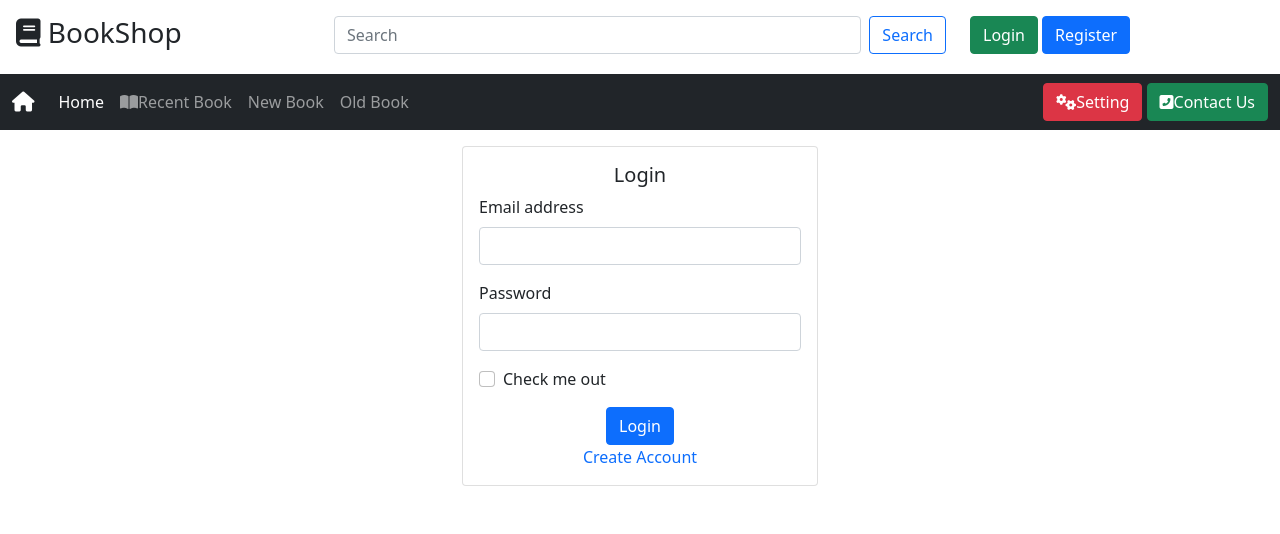
Repository: Abhishekverma23797/BookShopApp
Page: http://localhost/Ebook-App/Login.jsp
An editor plug-in stored every save of this project. The page is shown before and after the next save, followed by the edit.
The browser window is 1280 px wide. The pictures show the whole page.
The page is served by Tomcat 9. Other server files are loaded and not shown.

Above is the page before, as saved 2021-12-07 12:24:52.

### Ebook-App/src/main/webapp/Login.jsp
<%@ page language="java" contentType="text/html; charset=ISO-8859-1"
	pageEncoding="ISO-8859-1"%>
<!DOCTYPE html>
<html>
<head>
<meta charset="ISO-8859-1">
<title>BookShop: Login</title>
<style type="text/css">
a:link {
  text-decoration: none;


</style>
<%@include file="All_Component/AllCss.jsp"%>
</head>
<body>
	<%@include file="All_Component/navbar.jsp"%>

	<div class="container">
		<div class="row">
			<div class="col-md-4 offset-md-4">

				<div class="card mt-3">

					<div class="card-body">
					<h5 class="text-center">Login</h5>
						<form>
							<div class="mb-3">
								<label for="exampleInputEmail1" class="form-label">Email
									address</label> <input type="email" class="form-control"
									id="exampleInputEmail1" aria-describedby="emailHelp">

							</div>
							<div class="mb-3">
								<label for="exampleInputPassword1" class="form-label">Password</label>
								<input type="password" class="form-control"
									id="exampleInputPassword1">
							</div>
							<div class="mb-3 form-check">
								<input type="checkbox" class="form-check-input"
									id="exampleCheck1"> <label class="form-check-label"
									for="exampleCheck1">Check me out</label>
							</div>
							 <div class="text-center">
							<button type="submit" class="btn btn-primary">Login</button> <br>
							<a href="Register.jsp" text-decoration="none";>Create Account</a>
							</div>
						</form>

					</div>

				</div>
			</div>
		</div>
	</div>
</body>
</html>

### Ebook-App/src/main/webapp/All_Component/AllCss.jsp
<!-- CSS only -->
<link
	href="https://cdn.jsdelivr.net/npm/bootstrap@5.1.3/dist/css/bootstrap.min.css"
	rel="stylesheet"
	integrity="sha384-1BmE4kWBq78iYhFldvKuhfTAU6auU8tT94WrHftjDbrCEXSU1oBoqyl2QvZ6jIW3"
	crossorigin="anonymous">


<!-- JavaScript Bundle with Popper -->
<script
	src="https://cdn.jsdelivr.net/npm/bootstrap@5.1.3/dist/js/bootstrap.bundle.min.js"
	integrity="sha384-ka7Sk0Gln4gmtz2MlQnikT1wXgYsOg+OMhuP+IlRH9sENBO0LRn5q+8nbTov4+1p"
	crossorigin="anonymous"></script>


<link rel="stylesheet"
	href="https://cdnjs.cloudflare.com/ajax/libs/font-awesome/6.0.0-beta3/css/all.min.css"
	integrity="sha512-Fo3rlrZj/k7ujTnHg4CGR2D7kSs0v4LLanw2qksYuRlEzO+tcaEPQogQ0KaoGN26/zrn20ImR1DfuLWnOo7aBA=="
	crossorigin="anonymous" referrerpolicy="no-referrer" />

<link rel="stylesheet" href="All_Component/style.css">

### Ebook-App/src/main/webapp/All_Component/navbar.jsp

<div class="container-fluid p-3">


	<div class="row">

		<div class="col-md-3">

			<h3>

				<i class="fas fa-book"></i> BookShop
			</h3>
		</div>

		<div class="col-md-6">
			<form class="d-flex">
				<input class="form-control me-2 my-lg-0" type="search"
					placeholder="Search" aria-label="Search">
				<button class="btn btn-outline-primary" type="submit">Search</button>
			</form>
		</div>

		<div class="col-md-3">

			<a href="Login.jsp" class="btn btn-success">Login</a> <a
				href="Register.jsp" class="btn btn-primary">Register</a>

		</div>

	</div>

</div>
<nav class="navbar navbar-expand-lg navbar-dark bg-dark bg-custom">
	<div class="container-fluid">
		<a class="navbar-brand" href="#"><i class="fas fa-home"></i></a>
		<button class="navbar-toggler" type="button" data-bs-toggle="collapse"
			data-bs-target="#navbarSupportedContent"
			aria-controls="navbarSupportedContent" aria-expanded="false"
			aria-label="Toggle navigation">
			<span class="navbar-toggler-icon"></span>
		</button>
		<div class="collapse navbar-collapse" id="navbarSupportedContent">
			<ul class="navbar-nav me-auto mb-2 mb-lg-0">
				<li class="nav-item"><a class="nav-link active"
					aria-current="page" href="#"> Home</a></li>

				<li class="nav-item"><a class="nav-link" href="#"><i
						class="fas fa-book-open"></i>Recent Book</a></li>

				<li class="nav-item"><a class="nav-link" href="#">New Book</a></li>

				<li class="nav-item"><a class="nav-link" href="#">Old Book</a>
				</li>
			</ul>
			<form class="from-inline my-2 my-lg-0">
				<button class="btn btn-danger my-2 my-sm-0 ml-1" type="submit">
					<i class="fas fa-cogs"></i>Setting
				</button>
				<button class="btn btn-success" type="submit">
					<i class="fas fa-phone-square-alt"></i>Contact Us
				</button>
			</form>
		</div>
	</div>
</nav>

### Ebook-App/src/main/webapp/All_Component/style.css

.bg-custom{

	background-color: #303f9f;
}

.navbar .nav-item:hover  {

	background-color: black;
	color: blue;
	border-radius: 20px

}

After the next save:
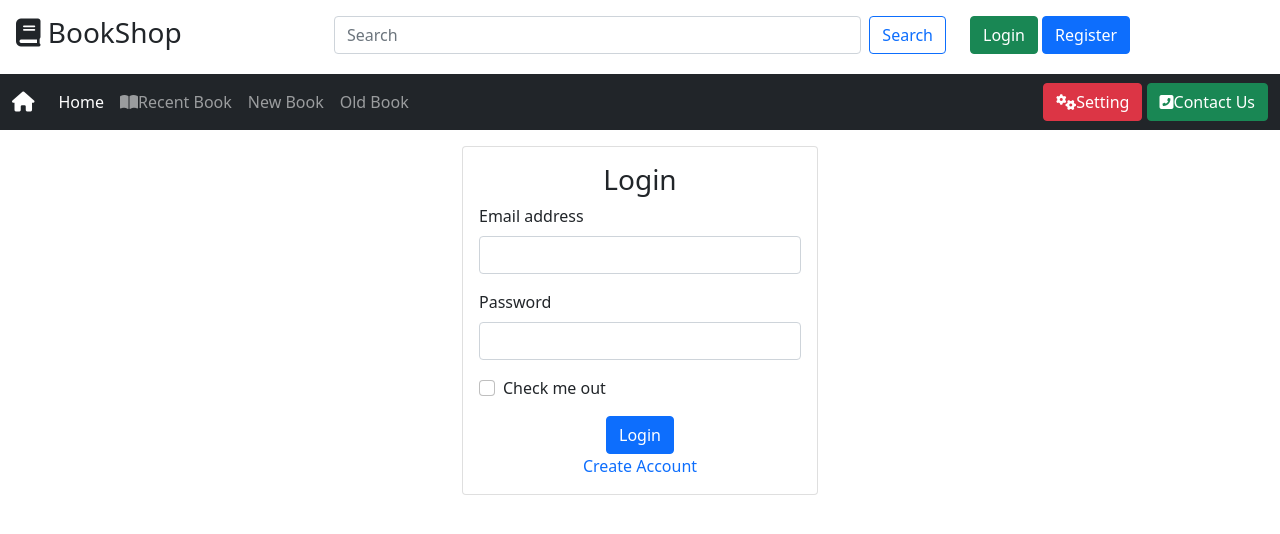
Saved 23 s later.
--- a/Ebook-App/src/main/webapp/Login.jsp
+++ b/Ebook-App/src/main/webapp/Login.jsp
@@ -23,7 +23,7 @@ a:link {
 				<div class="card mt-3">
 
 					<div class="card-body">
-					<h5 class="text-center">Login</h5>
+					<h3 class="text-center">Login</h5>
 						<form>
 							<div class="mb-3">
 								<label for="exampleInputEmail1" class="form-label">Email
